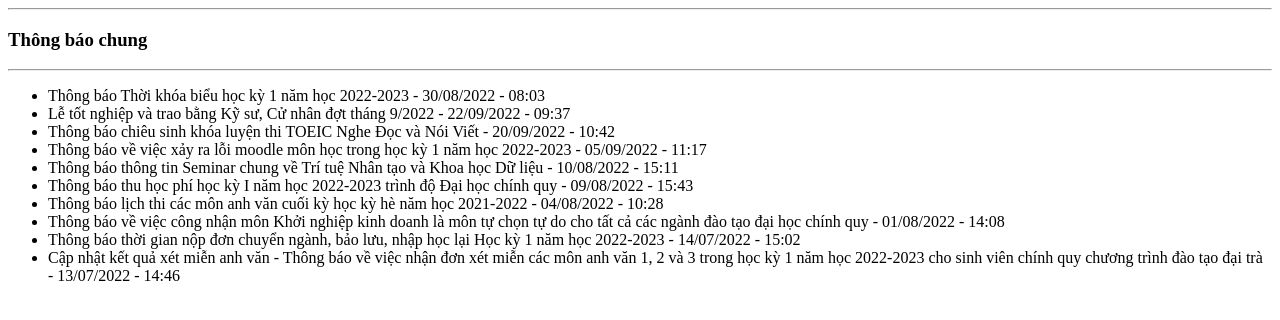
Repository: HoangDuy315/web-dev2022
Page: ex3.html
These files come from the project's save history. The page is drawn as it stood at one moment and after the next save; the edit follows.
The browser window is 1280 px wide. The pictures show the whole page.

Above is the page before, as saved 2022-09-22 15:31:31.

After the next save:
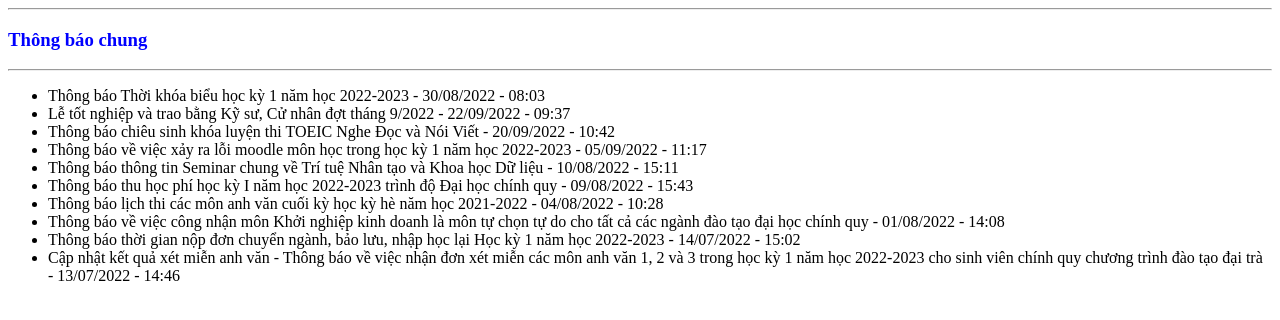
Saved 35 s later.
--- a/ex3.html
+++ b/ex3.html
@@ -7,8 +7,8 @@
     <title>Document</title>
 </head>
 <body>
-    <hr class="thongbao">
-        <h3>Thông báo chung</h3>
+    <hr >
+        <h3 class="thongbao">Thông báo chung</h3>
     </hr>
     <hr>
         <ul>
